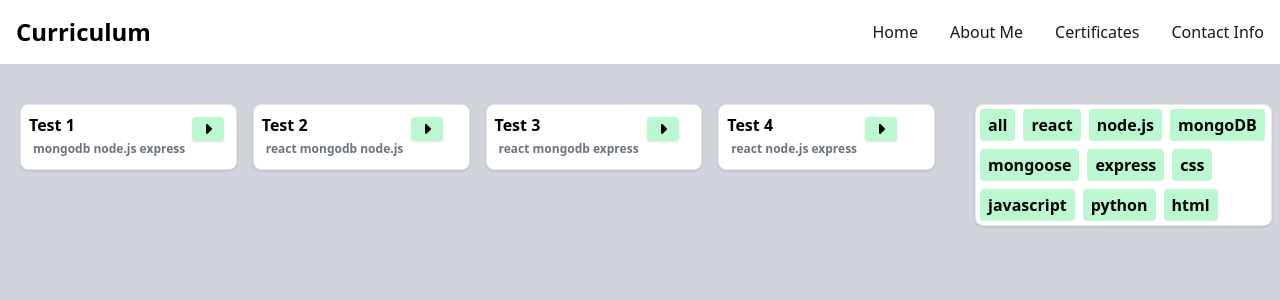
Repository: JetPi/Presentatio-Project
Page: /about/certificates
The author's editor kept a copy of each file at every save. The page is drawn from the files as they stood at one save, then again after the next save.
The browser window is 1280 px wide. The pictures show the whole page.
The project was rebuilt for these pictures with package versions that can differ from the ones it lists, and the page was loaded fresh each time. The framework's server and built-in components were replaced by stand-ins that run in the browser. Also part of the build but not shown: next.config.js.

Above is the page before, as saved 2023-04-03 16:58:29.

### src/pages/_app.tsx
import "@/styles/globals.css";
import type { AppProps } from "next/app";
import { NavBar } from "@/components/NavBar";

const navList = [
  { text: "Home", href: "/" },
  { text: "About Me", href: "/about/me" },
  { text: "Certificates", href: "/about/certificates" },
  { text: "Contact Info", href: "/about/socials" },
];

export default function App({ Component, pageProps }: AppProps) {
  return (
    <div className="min-h-screen pb-2 bg-gray-300 h-cover">
      <NavBar navList={navList} />
      <Component {...pageProps} />
    </div>
  );
}

### src/pages/about/certificates.tsx
import { Card, CardTitle, CardButton } from "@/components/Card";
import CertificateList from "@/components/CertificateList";
import Image from "next/image";
import { Url } from "url";

const DUMMY_SKILL_LIST = [
  "react",
  "node.js",
  "mongoDB",
  "mongoose",
  "express",
  "css",
  "javascript",
  "python",
  "html",
];

const url: Url = {
  href: "/about/me",
  auth: null,
  hash: null,
  host: null,
  hostname: null,
  path: null,
  pathname: null,
  protocol: null,
  search: null,
  slashes: null,
  port: null,
  query: null,
};

const DUMMY_TEST = [
  {
    name: "Test 1",
    source: "Source 1",
    description: "DESCRIPTION HERE",
    image: "https://picsum.photos/200/300",
    skills: ["mongoDB", "Node.js", "Express"],
    url,
  },
  {
    name: "Test 2",
    source: "Source 2",
    description: "DESCRIPTION HERE",
    image: "https://picsum.photos/200/300",
    skills: ["react", "mongoDB", "Node.js"],
    url,
  },
  {
    name: "Test 3",
    description: "DESCRIPTION HERE",
    source: "Source 3",
    image: "https://picsum.photos/200/300",
    skills: ["react", "mongoDB", "Express"],
    url,
  },
  {
    name: "Test 4",
    source: "Source 4",
    description: "DESCRIPTION HERE",
    image: "https://picsum.photos/200/300",
    skills: ["react", "Node.js", "Express"],
    url,
  },
];

export default function Certificate() {
  return (
    <div>
      <CertificateList itemList={DUMMY_TEST} skillList={DUMMY_SKILL_LIST} />
    </div>
  );
}

### src/styles/globals.css
@tailwind base;
@tailwind components;
@tailwind utilities;

:root {
  --max-width: 1100px;
  --border-radius: 12px;
  --font-mono: ui-monospace, Menlo, Monaco, "Cascadia Mono", "Segoe UI Mono",
    "Roboto Mono", "Oxygen Mono", "Ubuntu Monospace", "Source Code Pro",
    "Fira Mono", "Droid Sans Mono", "Courier New", monospace;

  --foreground-rgb: 0, 0, 0;
  --background-start-rgb: 214, 219, 220;
  --background-end-rgb: 255, 255, 255;

  --primary-glow: conic-gradient(
    from 180deg at 50% 50%,
    #16abff33 0deg,
    #0885ff33 55deg,
    #54d6ff33 120deg,
    #0071ff33 160deg,
    transparent 360deg
  );
  --secondary-glow: radial-gradient(
    rgba(255, 255, 255, 1),
    rgba(255, 255, 255, 0)
  );

  --tile-start-rgb: 239, 245, 249;
  --tile-end-rgb: 228, 232, 233;
  --tile-border: conic-gradient(
    #00000080,
    #00000040,
    #00000030,
    #00000020,
    #00000010,
    #00000010,
    #00000080
  );

  --callout-rgb: 238, 240, 241;
  --callout-border-rgb: 172, 175, 176;
  --card-rgb: 180, 185, 188;
  --card-border-rgb: 131, 134, 135;
}

@media (prefers-color-scheme: dark) {
  :root {
    --foreground-rgb: 255, 255, 255;
    --background-start-rgb: 0, 0, 0;
    --background-end-rgb: 0, 0, 0;

    --primary-glow: radial-gradient(rgba(1, 65, 255, 0.4), rgba(1, 65, 255, 0));
    --secondary-glow: linear-gradient(
      to bottom right,
      rgba(1, 65, 255, 0),
      rgba(1, 65, 255, 0),
      rgba(1, 65, 255, 0.3)
    );

    --tile-start-rgb: 2, 13, 46;
    --tile-end-rgb: 2, 5, 19;
    --tile-border: conic-gradient(
      #ffffff80,
      #ffffff40,
      #ffffff30,
      #ffffff20,
      #ffffff10,
      #ffffff10,
      #ffffff80
    );

    --callout-rgb: 20, 20, 20;
    --callout-border-rgb: 108, 108, 108;
    --card-rgb: 100, 100, 100;
    --card-border-rgb: 200, 200, 200;
  }
}

* {
  box-sizing: border-box;
  padding: 0;
  margin: 0;
}

html,
body {
  max-width: 100vw;
  overflow-x: hidden;
}

body {
  color: rgb(var(--foreground-rgb));
}

a {
  color: inherit;
  text-decoration: none;
}

@media (prefers-color-scheme: dark) {
  html {
    color-scheme: dark;
  }
}

### src/components/NavBar.tsx
import Image from "next/image";
import Link from "next/link";
import { ReactNode } from "react";
type NavData = {
  href: string;
  text: string;
};

interface Props {
  children?: ReactNode | string;
  href?: string;
  navList?: Array<NavData>;
}

function NavItem({ children, href }: Props) {
  return (
    <li>
      <Link
        href={{ pathname: href }}
        className="block py-2 pl-3 pr-4 text-gray-900 rounded hover:bg-gray-100 md:hover:bg-transparent md:border-0 md:hover:text-blue-700 md:p-0 dark:text-white md:dark:hover:text-blue-500 dark:hover:bg-gray-700 dark:hover:text-white md:dark:hover:bg-transparent"
      >
        {children}
      </Link>
    </li>
  );
}

export function NavBar({ navList }: Props) {
  return (
    <nav className="bg-white border-gray-200 dark:bg-gray-900">
      <div className="flex flex-wrap items-center justify-between max-w-screen-xl p-4 mx-auto">
        <span className="self-center text-2xl font-semibold whitespace-nowrap dark:text-white">
          Curriculum
        </span>
        <button
          data-collapse-toggle="navbar-default"
          type="button"
          className="inline-flex items-center p-2 ml-3 text-sm text-gray-500 rounded-lg md:hidden hover:bg-gray-100 focus:outline-none focus:ring-2 focus:ring-gray-200 dark:text-gray-400 dark:hover:bg-gray-700 dark:focus:ring-gray-600"
          aria-controls="navbar-default"
          aria-expanded="false"
        >
          <span className="sr-only">Open main menu</span>
          <svg
            className="w-6 h-6"
            aria-hidden="true"
            fill="currentColor"
            viewBox="0 0 20 20"
            xmlns="http://www.w3.org/2000/svg"
          >
            <path
              fillRule="evenodd"
              d="M3 5a1 1 0 011-1h12a1 1 0 110 2H4a1 1 0 01-1-1zM3 10a1 1 0 011-1h12a1 1 0 110 2H4a1 1 0 01-1-1zM3 15a1 1 0 011-1h12a1 1 0 110 2H4a1 1 0 01-1-1z"
              clipRule="evenodd"
            ></path>
          </svg>
        </button>
        <div className="hidden w-full md:block md:w-auto" id="navbar-default">
          <ul className="flex flex-col p-4 mt-4 font-medium border border-gray-100 rounded-lg md:p-0 bg-gray-50 md:flex-row md:space-x-8 md:mt-0 md:border-0 md:bg-white dark:bg-gray-800 md:dark:bg-gray-900 dark:border-gray-700">
            {navList?.map((item) => {
              return (
                <NavItem href={item.href} key={Math.random()}>
                  {item.text}
                </NavItem>
              );
            })}
          </ul>
        </div>
      </div>
    </nav>
  );
}

### src/components/CertificateList.tsx
import React, { MouseEventHandler, useEffect, useState } from "react";
import { Url } from "url";
import { Card, CardButton, CardTitle } from "./Card";
import Image from "next/image";
import { LinkButton } from "./Button";

interface Props {
  itemList: Array<{
    name: string;
    image: string;
    description: string;
    skills: Array<string>;
    url: Url;
  }>;
  skillList: Array<string>;
}

interface buttonProps {
  skill: string;
  onClickHandler: MouseEventHandler;
}

function CertificateButton({ skill, onClickHandler }: buttonProps) {
  return (
    <button
      className="px-2 py-1 m-1 font-semibold bg-green-200 border-green-800 rounded"
      onClick={onClickHandler}
    >
      {skill}
    </button>
  );
}

export default function CertificateList({ itemList, skillList }: Props) {
  const initialList = itemList.map((item) => {
    return {
      ...item,
      skills: item.skills.map((skill) => {
        return skill.toLowerCase();
      }),
    };
  });
  const [list, setList] = useState(initialList);

  function skillRemover(skill: string) {
    let tempList = initialList.filter((item) => {
      return item.skills.includes(skill);
    });
    setList(tempList);
  }

  const url: Url = {
    href: "/",
    auth: null,
    hash: null,
    host: null,
    hostname: null,
    path: null,
    pathname: null,
    protocol: null,
    search: null,
    slashes: null,
    port: null,
    query: null,
  };

  return (
    <div className="flex flex-row">
      <div className="grid w-3/4 grid-cols-4 gap-4 mx-5 mt-10">
        {list?.map((item) => {
          return (
            <Card key={item.name} styling="flex flex-row p-2 h-fit">
              <div className="flex flex-col">
                <div className="font-bold">{item.name}</div>
                <div className="w-full m-1 text-xs font-semibold text-gray-500">
                  {item.skills.map((skill) => {
                    return skill + " ";
                  })}
                </div>
              </div>
              <LinkButton href={url} styling="w-fit h-full">
                <svg
                  className="w-4 h-4"
                  aria-hidden="true"
                  fill="currentColor"
                  xmlns="http://www.w3.org/2000/svg"
                  viewBox="0 0 256 512"
                >
                  <path d="M118.6 105.4l128 127.1C252.9 239.6 256 247.8 256 255.1s-3.125 16.38-9.375 22.63l-128 127.1c-9.156 9.156-22.91 11.9-34.88 6.943S64 396.9 64 383.1V128c0-12.94 7.781-24.62 19.75-29.58S109.5 96.23 118.6 105.4z" />
                </svg>
                <span className="sr-only">Arrow key right</span>
              </LinkButton>
            </Card>
          );
        })}
      </div>
      <div className="w-1/4 mt-10 ml-5">
        <Card styling="mr-2">
          <ul className="flex flex-row flex-wrap">
            <CertificateButton
              skill={"all"}
              onClickHandler={() => setList(initialList)}
            />
            {skillList?.map((item) => {
              return (
                <li key={item}>
                  <CertificateButton
                    skill={item}
                    onClickHandler={() => {
                      skillRemover(item);
                    }}
                  />
                </li>
              );
            })}
          </ul>
        </Card>
      </div>
    </div>
  );
}

### src/components/Card.tsx
import { redirect } from "next/dist/server/api-utils";
import Link from "next/link";
import { useRouter } from "next/router";
import { Url } from "url";
import React, { MouseEventHandler, ReactNode, useState } from "react";
interface Props {
  children?: ReactNode;
  styling?: string;
  href?: string;
}

interface ButtonProps {
  children?: ReactNode;
  styling?: string;
  href: Url;
}

export function Card({ styling, children }: Props) {
  return (
    <div
      className={`${
        styling ? styling : "flex justify-stretch p-6"
      }  bg-white border border-gray-200 rounded-lg shadow hover:bg-gray-100 dark:bg-gray-800 dark:border-gray-700 dark:hover:bg-gray-700`}
    >
      {children}
      <p className="font-normal text-gray-700 dark:text-gray-400"></p>
    </div>
  );
}

export function CardButton({ href, styling, children }: ButtonProps) {
  return (
    <Link
      className={`${
        styling ? styling : "w-32  "
      } p-2 text-center bg-white border border-gray-200 rounded-lg shadow hover:bg-gray-100 dark:bg-gray-800 dark:border-gray-700 dark:hover:bg-gray-700`}
      href={href.href}
    >
      {children}
    </Link>
  );
}

export function CardTitle({ children }: Props) {
  return (
    <h5 className="mb-2 text-2xl font-bold tracking-tight text-center text-gray-900 dark:text-white">
      {children}
    </h5>
  );
}

### src/components/Button.tsx
import { Url } from "url";
import Link from "next/link";
import React from "react";

interface ButtonProps {
  styling?: string;
  onClick?: React.MouseEventHandler;
  children?: React.ReactNode;
}

interface LinkProps {
  styling?: string;
  href: Url;
  children?: React.ReactNode;
}

export function Button({ onClick, styling, children }: ButtonProps) {
  return (
    <button
      className={`${styling} px-2 py-1 m-1 font-semibold bg-green-200 rounded`}
      onClick={onClick}
    >
      {children}
    </button>
  );
}

export function LinkButton({ href, styling, children }: LinkProps) {
  return (
    <Link
      href={href.href}
      className={`${styling} flex justify-center px-2 py-1 m-1 font-semibold bg-green-200 rounded shadow hover:bg-green-300 dark:bg-gray-800 dark:border-gray-700 dark:hover:bg-gray-700`}
    >
      {children}
    </Link>
  );
}

Loaded but not shown: src/pages/_document.tsx (common file); tailwind.config.js (common file)

After the next save:
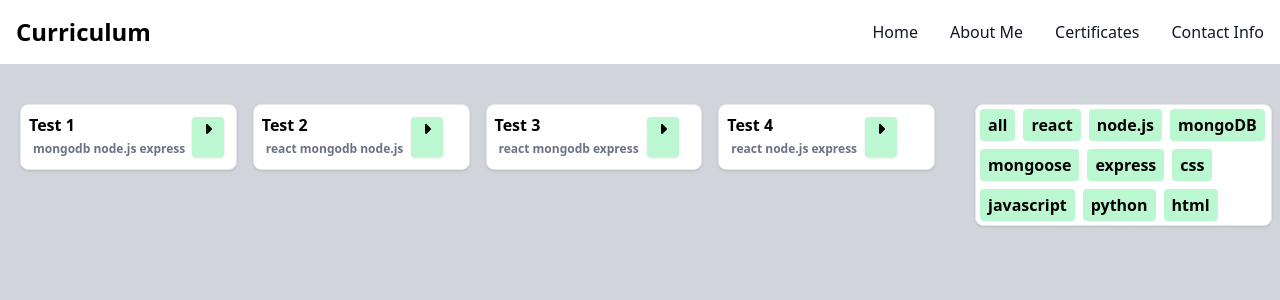
Saved 7 s later.
--- a/src/components/CertificateList.tsx
+++ b/src/components/CertificateList.tsx
@@ -78,7 +78,7 @@ export default function CertificateList({ itemList, skillList }: Props) {
                   })}
                 </div>
               </div>
-              <LinkButton href={url} styling="w-fit h-full">
+              <LinkButton href={url} styling="w-fit ">
                 <svg
                   className="w-4 h-4"
                   aria-hidden="true"
